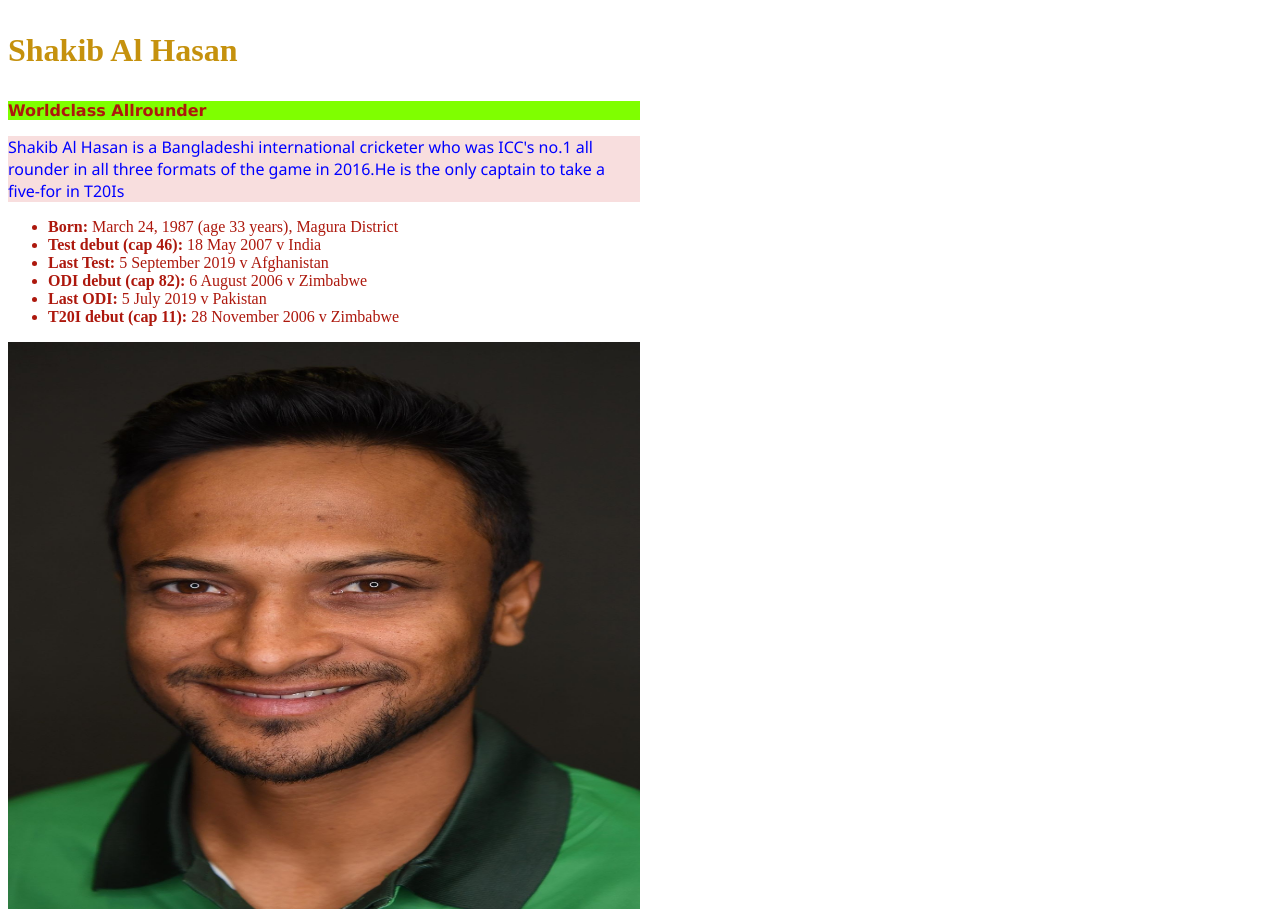
Repository: omarhasnain/Shakib
Page: Shakib Al Hasan.html
These files come from the project's save history. The page is drawn as it stood at one moment and after the next save; the edit follows.
The browser window is 1280 px wide. The pictures show the whole page.

Above is the page before, as saved 2021-01-04 20:01:07.

### Shakib Al Hasan.html
<!DOCTYPE html>
<html lang="en">

<head>
    <title>Shakib Al Hasan</title>
    <style>
        h3 {
            color: #c5910d;
            font-size: xx-large;
        }

        p {
            color: #ad180d;
            background-color: chartreuse;
            width: 50%;
            font-weight: 900;
            font-size: medium;
            font-family: 'Lucida Sans Unicode';

        }

        img {
            width: 50%;
            height: 15cm;
        }
        #cricketer{
            color:blue;
            background-color: #f8dede;
            font-family: 'Segoe UI';
            font-weight:500;
        }
        .details{
            color:#ad180d;

        }
    </style>
</head>

<body>
    <h3> Shakib Al Hasan </h3>
<div>
    <p> Worldclass Allrounder</p>
    <p id="cricketer">Shakib Al Hasan is a Bangladeshi international cricketer who was ICC's no.1 all rounder in all three formats of
the game in 2016.He is the only captain to take a five-for in T20Is</p>
</div>

<div>
<p>
<ul class="details">
<li><strong>Born:</strong> March 24, 1987 (age 33 years), Magura District</li>
<li><strong>Test debut (cap 46):</strong> 18 May 2007 v India</li>
<li><strong>Last Test:</strong> 5 September 2019 v Afghanistan</li>
<li><strong>ODI debut (cap 82):</strong> 6 August 2006 v Zimbabwe</li>
<li><strong>Last ODI:</strong> 5 July 2019 v Pakistan</li>
<li><strong>T20I debut (cap 11):</strong> 28 November 2006 v Zimbabwe</li>
</ul>
</p>
</div>
    <img src="shakib.jpg" alt="">
</body>

</html>

After the next save:
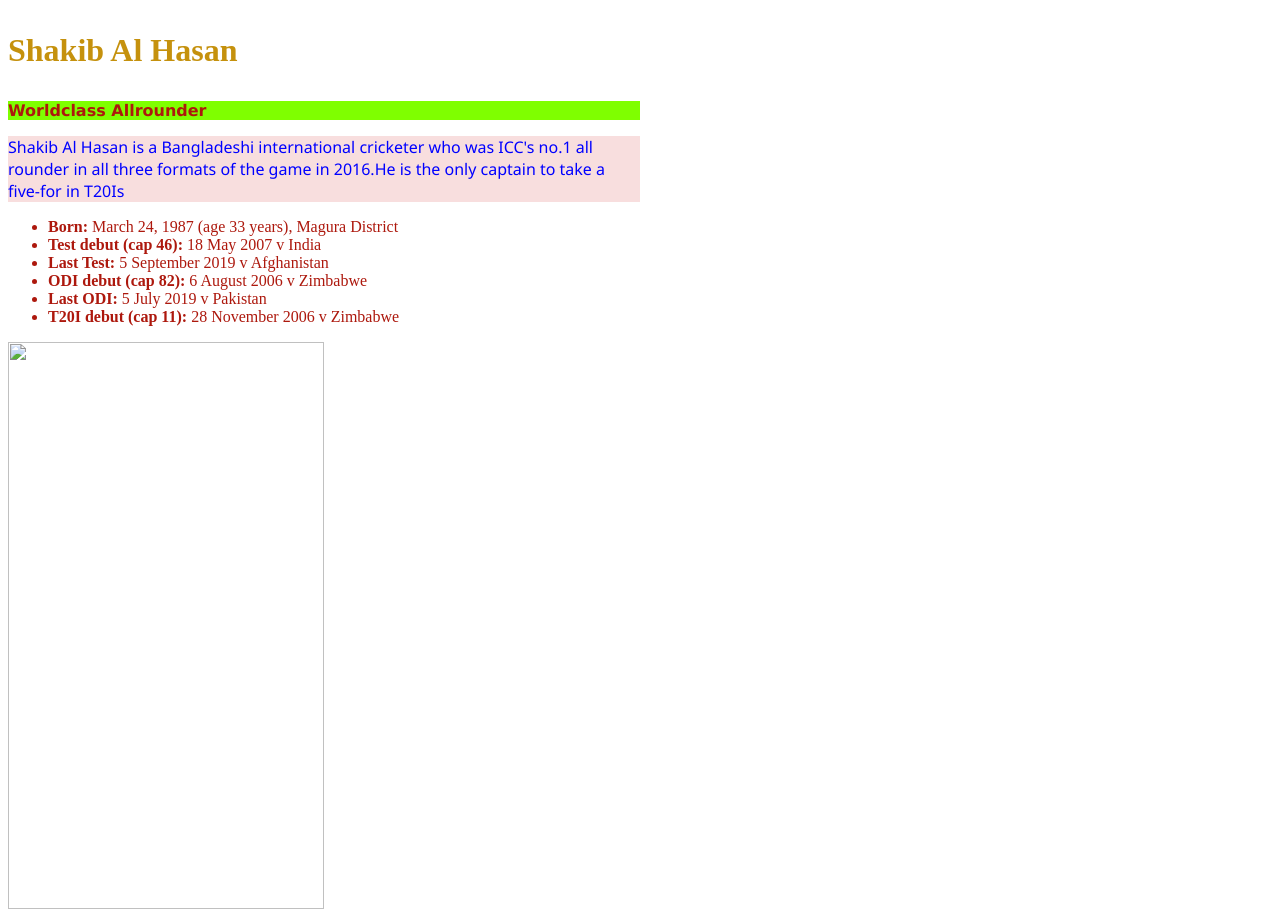
Not found: images/shakib.jpg
Saved 22 s later.
--- a/Shakib Al Hasan.html
+++ b/Shakib Al Hasan.html
@@ -56,7 +56,7 @@
 </ul>
 </p>
 </div>
-    <img src="shakib.jpg" alt="">
+    <img src="images/shakib.jpg" alt="">
 </body>
 
 </html>

After the save that followed:
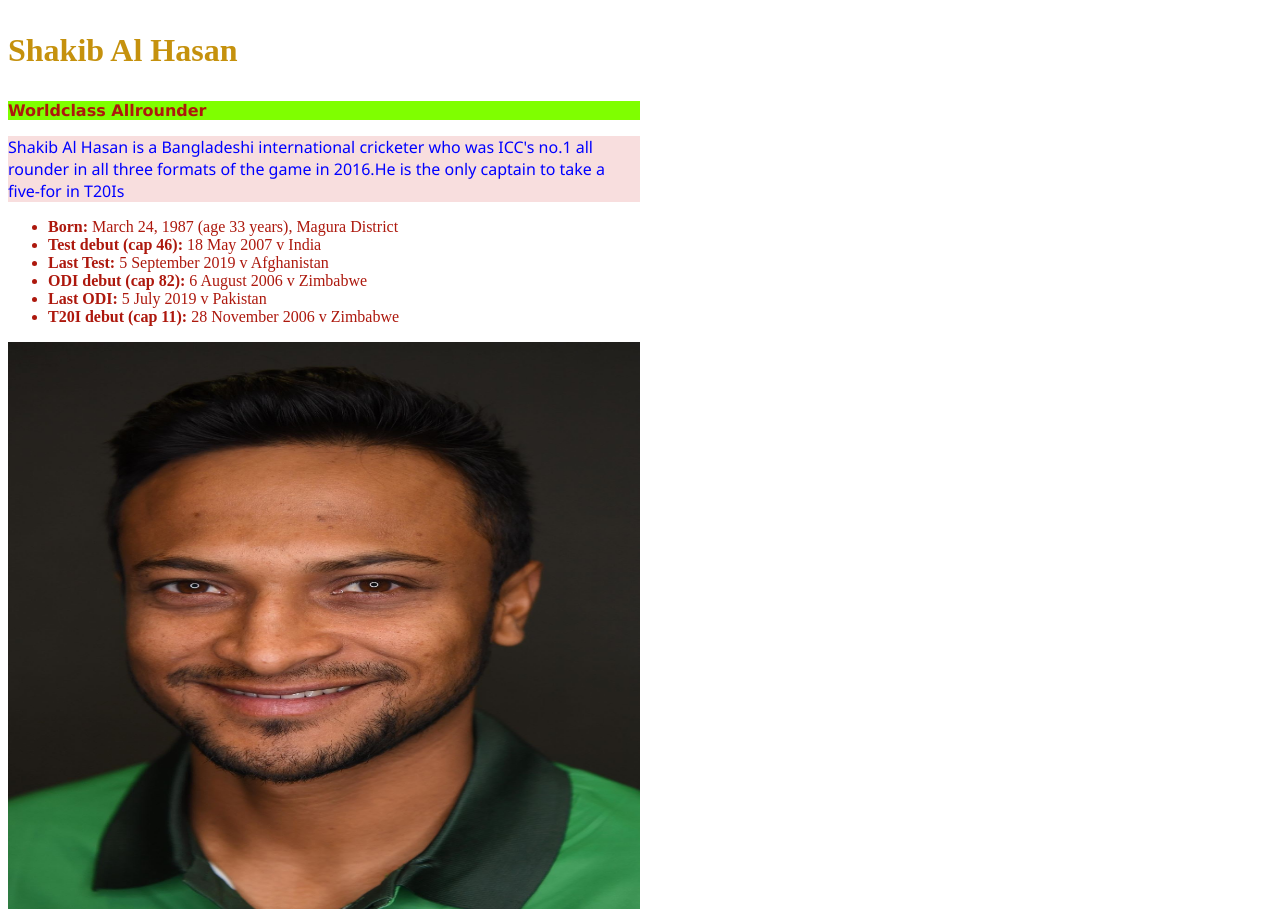
Saved 2 min 22 s later.
--- a/Shakib Al Hasan.html
+++ b/Shakib Al Hasan.html
@@ -56,7 +56,7 @@
 </ul>
 </p>
 </div>
-    <img src="images/shakib.jpg" alt="">
+    <img src="shakib.jpg" alt="">
 </body>
 
 </html>
